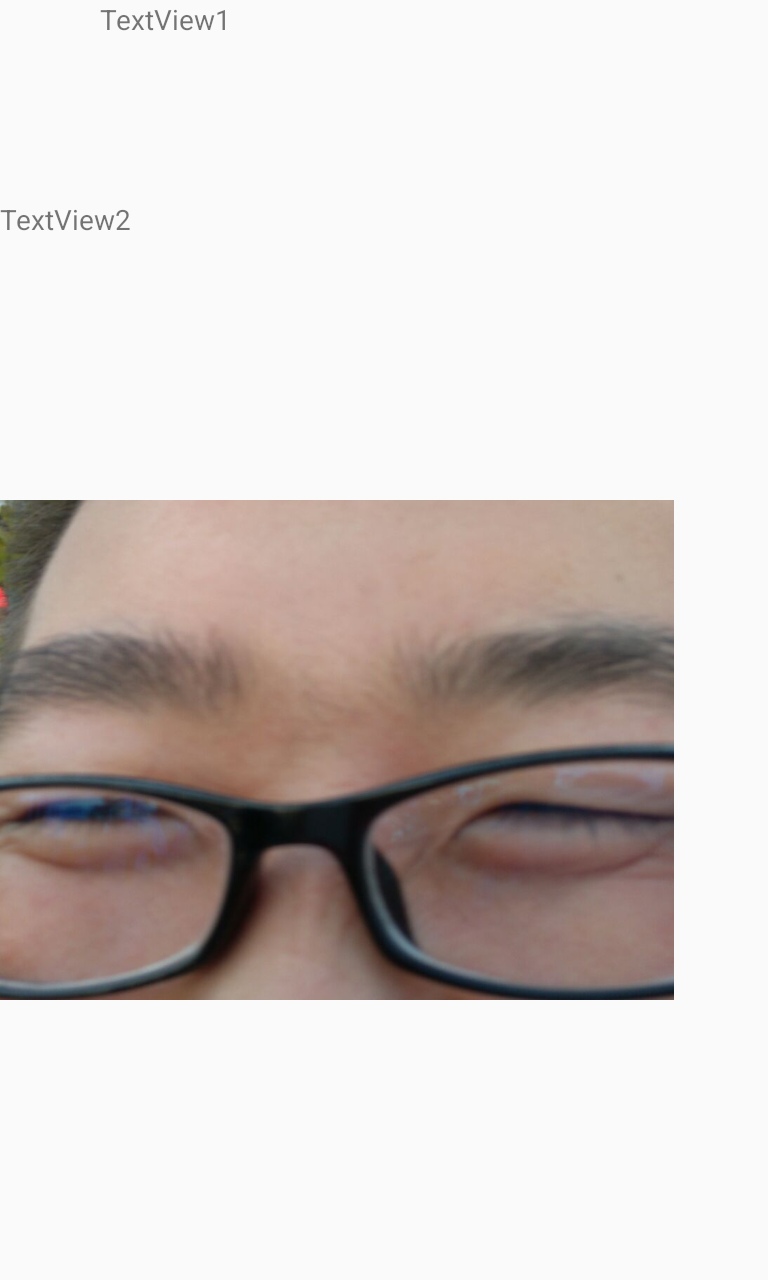
Repository: mjchow/qiuyi
Layout: demo1/res/layout/activity_main.xml
An editor plug-in stored every save of this project. The layout is shown before and after the next save, followed by the edit.
It is drawn on a 768 x 1280 px phone screen (xhdpi) without system bars, with theme AppTheme; the app's code is not run.

Above is the layout before, as saved 2014-12-25 16:00:41.

After the next save:
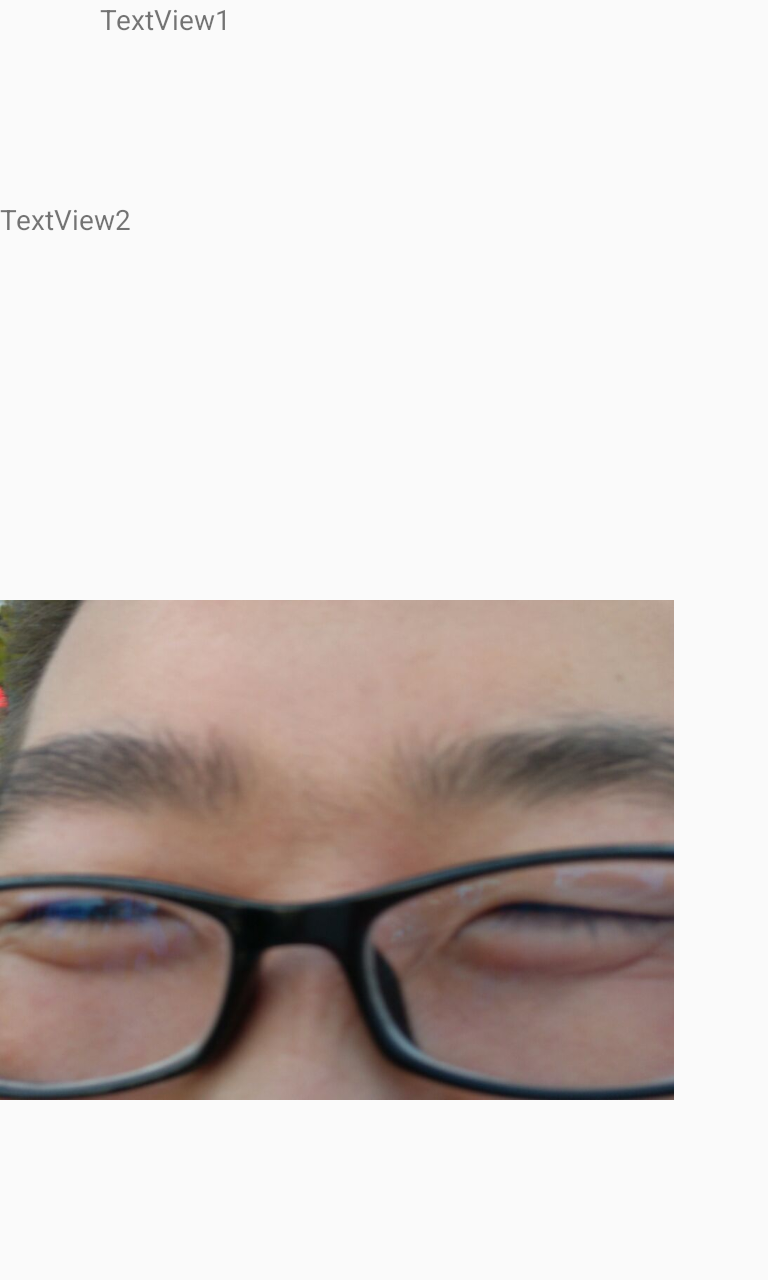
Saved 34 s later.
--- a/demo1/res/layout/activity_main.xml
+++ b/demo1/res/layout/activity_main.xml
@@ -8,7 +8,7 @@
 
     <ImageView
          android:id="@+id/imageview1"
-         android:layout_marginTop="250dp"
+         android:layout_marginTop="300dp"
          android:layout_width="900dp"
          android:layout_height="250dp"
          android:scaleType="fitStart"
